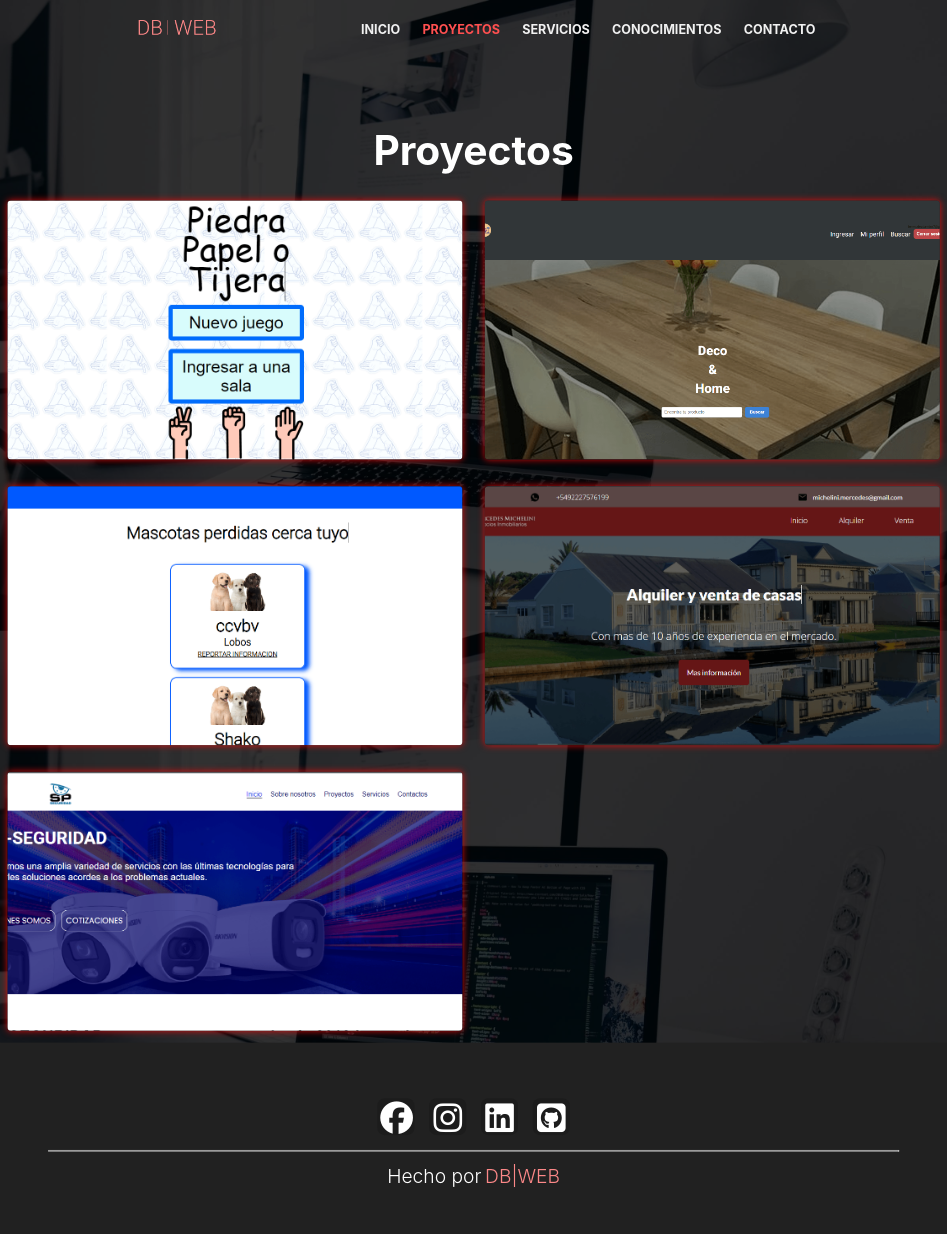
Repository: DamianBermudez94/DB-Porfolio
Page: /proyecto
An editor plug-in stored every save of this project. The page is shown before and after the next save, followed by the edit.
The browser window is 1280 px wide. The pictures show the whole page, at 74% of full size.
Backgrounds fixed to the window are drawn as part of the page. Some web libraries are served in a nearby version. The project was rebuilt for these pictures with package versions that can differ from the ones it lists, and the page was loaded fresh each time. Also part of the build but not shown: vite.config.js, src/components/Home/styles.css, src/components/Home/Home.jsx, src/pages/Inicio.jsx, src/components/Servicios/styles.css, src/components/Servicios/Service.jsx, src/pages/Servicios.jsx, src/components/Conocimientos/Conocimientos.jsx and 4 more.

Above is the page before, as saved 2024-03-11 19:04:38.

After the next save:
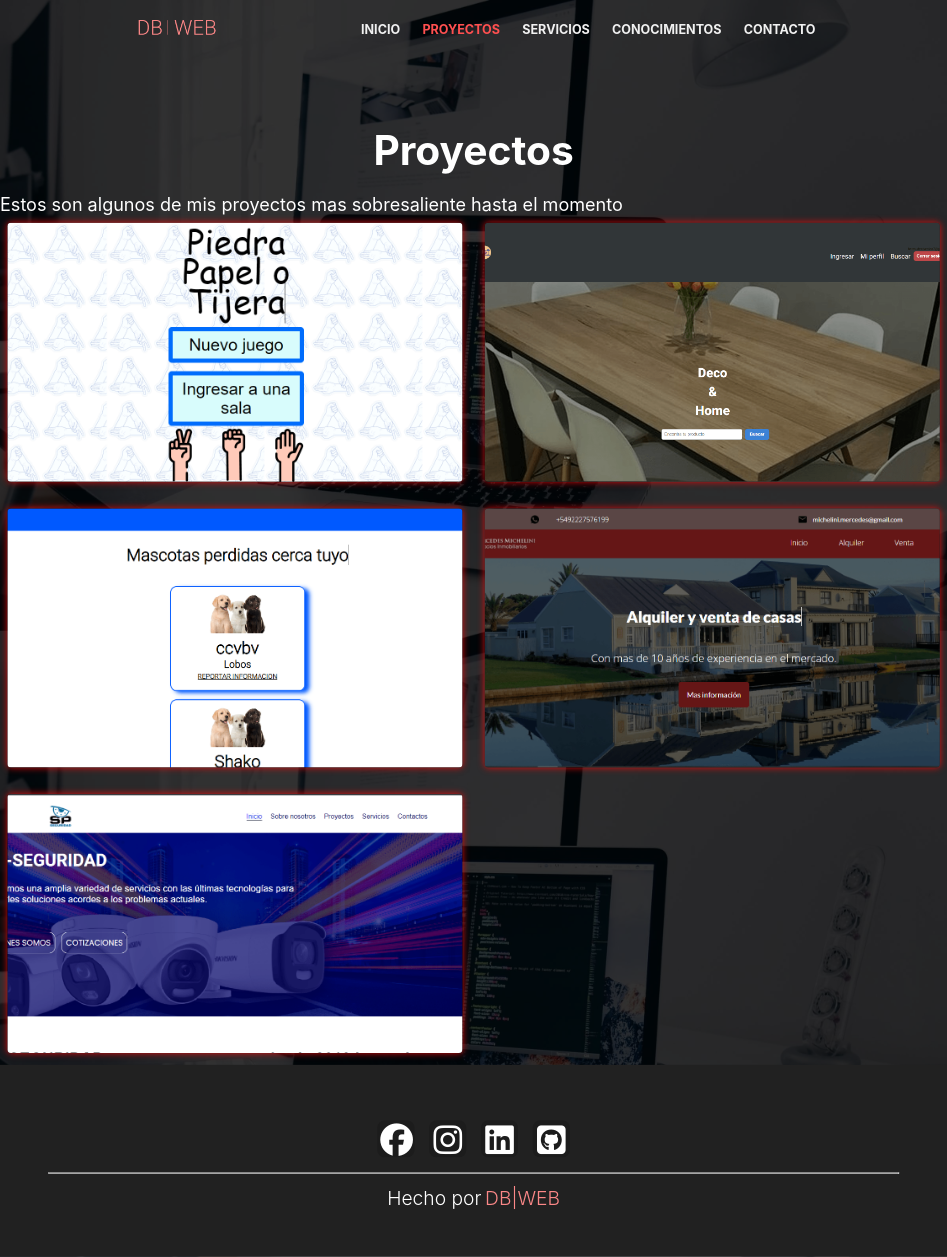
Saved 2 min 50 s later.
--- a/src/pages/Proyecto.jsx
+++ b/src/pages/Proyecto.jsx
@@ -4,6 +4,7 @@ export const Proyectos = () => {
   return (
     <div>
       <h1 className="title-proyectos">Proyectos</h1>
+      <p>Estos son algunos de mis proyectos mas sobresaliente hasta el momento</p>
       <ListadoTrabajos />
     </div>
   );
